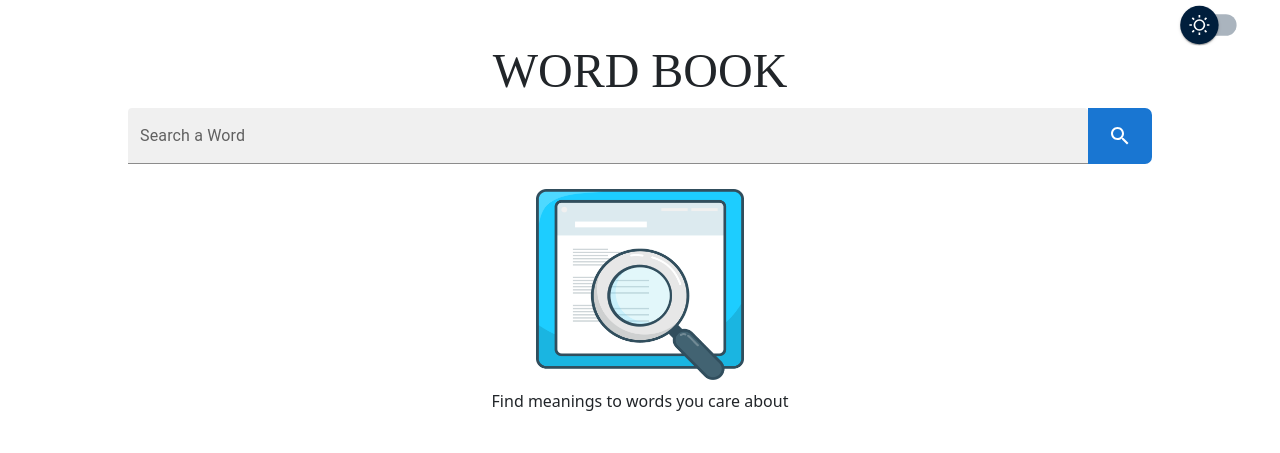
Repository: marveldev/my-dictionary
Page: /
The author's editor kept a copy of each file at every save. The page is drawn from the files as they stood at one save, then again after the next save.
The browser window is 1280 px wide. The pictures show the whole page.
The project was rebuilt for these pictures with package versions that can differ from the ones it lists, and the page was loaded fresh each time. Also part of the build but not shown: src/components/themeSwitcher/MUISwitch.jsx.

Above is the page before, as saved 2022-05-22 16:51:15.

### public/index.html
<!DOCTYPE html>
<html lang="en">
  <head>
    <meta charset="utf-8" />
    <meta name="viewport" content="width=device-width, initial-scale=1" />
    <meta name="theme-color" content="#000000" />
    <meta
      name="description"
      content="Web site created using create-react-app"
    />
    <link href="https://cdn.jsdelivr.net/npm/bootstrap@5.1.3/dist/css/bootstrap.min.css" rel="stylesheet"
          integrity="sha384-1BmE4kWBq78iYhFldvKuhfTAU6auU8tT94WrHftjDbrCEXSU1oBoqyl2QvZ6jIW3" crossorigin="anonymous"
    />
    <link rel="apple-touch-icon" href="./icon-192x192.png" />
    <link rel="icon" href="./icon-192x192.png" />
    <link rel="manifest" href="./manifest.json" />
    <title>My Dictionary</title>
  </head>
  <body>
    <noscript>You need to enable JavaScript to run this app.</noscript>
    <div id="root"></div>
  </body>
</html>

### src/index.js
import React from 'react'
import ReactDOM from 'react-dom'
import App from './App'
import swDev from './swDev'
import './index.css'

ReactDOM.render(
  <React.StrictMode>
    <App />
  </React.StrictMode>,
  document.getElementById('root')
)
swDev()

### src/App.js
import { useState } from 'react'
import { createTheme } from '@mui/material'
import { Form, Output, ThemeSwitcher } from './components'

const App = () => {
  const [definitions, setDefinitions] = useState([])
  const [appMode, setAppMode] = useState('online')
  const [isLoading, setIsLoading] = useState(null)

  const storedTheme = localStorage.getItem('theme') || 'light'
  const [theme, setTheme] = useState(storedTheme)

  const themePalette = createTheme({
    palette: {
      mode: theme,
    },
  })

  return (
    <div className={`${theme} app`}>
      <div className="top-column top-0 w-100 pb-4">
        <ThemeSwitcher setTheme={setTheme} theme={theme} themePalette={themePalette} />
        <h1 className="text-center">{definitions?.word || 'WORD BOOK'}</h1>
        <Form
          setDefinitions={setDefinitions}
          themePalette={themePalette}
          setAppMode={setAppMode}
          setIsLoading={setIsLoading}
        />
      </div>

      <Output definitions={definitions} appMode={appMode} isLoading={isLoading} />
    </div>
  )
}

export default App

### src/swDev.js
export default function swDev() {
  let swUrl = `${process.env.PUBLIC_URL}/sw.js`
  navigator.serviceWorker.register(swUrl).then(response => {
    console.warn("response", response)
  })
}

### src/index.css
body {
  margin: 0;
}

.app {
  position: absolute;
  width: 100%;
  height: 100%;
  transition: all 0.5s linear 0s;
}

.top-column {
  position: fixed;
  background: #fff;
  z-index: 1;
  transition: all 0.5s linear 0s;
}

h1 {
  font-size: 3em;
  font-family: 'Montserrat light', serif;
}

.form {
  width: 80%;
}

#searchButton {
  border-radius: 0 0.5em 0.5em 0;
  box-shadow: none;
}

.output {
  margin: 11.3em auto 0;
  padding-bottom: 1em;
}

.search-illustration {
  width: 13em;
  height: 13em;
  object-fit: contain;
}

.definition-header {
  padding: 1em 2em;
  font-family: 'Montserrat Medium', serif;
}

.volume-icon {
  transform: scale(1.8);
  color: #000;
}

.definitions-wrapper {
  width: 80%;
  background: #f0f0f0;
}

.definition {
  background: #3b5360;
}

button:active {
  transform: translateY(0.2em);
}

.dark {
  background: #282c34;
  color: #fff;
  height: auto;
}

.dark #searchButton {
  background: #1174ff;
  color: #fff;
}

.dark .top-column {
  background: #282c34;
}

.dark .definitions-wrapper {
  background: #3b3f46;
}

.dark .definition {
  background: #355c6c;
}

.dark .volume-icon {
  color: #fff;
}

@media screen and (max-width: 628px) {
  .form {
    width: 95%;
  }

  .definition-header {
    padding: 0.5em 0;
  }

  .definitions-wrapper {
    width: 95%;
    padding: 0 1.2em;
  }
}

### src/components/index.js
export { default as Form } from './form/Form'
export { default as Output } from './output/Output'
export { default as ThemeSwitcher } from './themeSwitcher/ThemeSwitcher'

### src/components/form/Form.jsx
import { useState } from 'react'
import debounce from 'lodash.debounce'
import wordList from 'word-list-json'
import { TextField, ThemeProvider, Autocomplete, Button } from '@mui/material'
import SearchIcon from '@mui/icons-material/Search'

const Form = ({ setDefinitions, themePalette, setIsLoading, setAppMode }) => {
  const [filteredWords, setFilteredWords] = useState([])
  const [word, setWord] = useState('')

  const url = `https://api.dictionaryapi.dev/api/v2/entries/en/${word}`

  const doWordFilter = debounce(value => {
    if(value.trim().length >= 1) {
      const wordFilter = wordList?.filter(word => word.startsWith(value.toLowerCase())).slice(0, 30)
      setFilteredWords(wordFilter)
    } else {
      setFilteredWords([])
      setWord('')
      setDefinitions([])
    }
  }, 300)

  const fetchDefinition = async event => {
    event?.preventDefault()
    if (word.trim().length >= 1) {
      setIsLoading(true)

      try {
        const response = await fetch(url)
        const data = await response.json()
        if (data) {
          setIsLoading(null)
          setDefinitions(data[0])
          setAppMode('online')
        }
      } catch (error) {
        setAppMode('offline')
        setDefinitions([])
      }
    }
  }

  return (
    <ThemeProvider theme={themePalette}>
      <>
        <Autocomplete
          freeSolo
          disableClearable
          options={filteredWords.map(word => word)}
          onChange={(event, value) =>
            setWord(value)
          }
          renderInput={params =>
            <form
              className="form d-flex m-auto"
              onSubmit={event => fetchDefinition(event)}
            >
              <TextField
                {...params}
                variant="filled"
                label="Search a Word"
                onChange={event => doWordFilter(event.target.value)}
              />
              <Button type="submit" variant="contained" id="searchButton">
                <SearchIcon />
              </Button>
            </form>
          }
        />
      </>
    </ThemeProvider>
  )
}

export default Form

### src/components/output/Output.jsx
import { IconButton } from '@mui/material'
import VolumeUpIcon from '@mui/icons-material/VolumeUp'
import { searchIllustration, loader } from '../assets'

const Output = ({ definitions, isLoading, appMode }) => {
  const playWord = (url) => {
    const audio = new Audio(url)
    audio?.play()
  }

  return (
    <div className="output">
      {isLoading && appMode === 'online' && (
        <div className="text-center">
          <img src={loader} alt="loading" />
        </div>
      )}

      {!isLoading && (
        <>
          {!definitions && (
            <div className="text-center fs-4">😞 we couldn't find definitions for the word you are looking for.</div>
          )}

          {definitions?.length <= 0 && (
            <div className="text-center">
              <img src={searchIllustration} className="search-illustration" alt="search illustration" />
              <p>Find meanings to words you care about</p>
            </div>
          )}

          {definitions?.meanings && (
            <div className="definitions-wrapper m-auto pb-4 rounded">
              <div className="definition-header d-flex align-items-center gap-3">
                {definitions.phonetics[0]?.audio && (
                  <IconButton onClick={() => playWord(definitions.phonetics[0]?.audio)}>
                    <VolumeUpIcon className="volume-icon" />
                  </IconButton>
                )}
                <div>
                  <p className="m-0 fs-5">{definitions?.word}</p>
                  {definitions?.phonetic && <p className="m-0">{definitions?.phonetic}</p>}
                </div>
              </div>
              <ul className="mx-lg-5 ps-0">
                {definitions?.meanings.map((meaning, index) => (
                  <li key={index}>
                    <p>"partOfSpeech": {meaning.partOfSpeech}</p>
                    {meaning.definitions?.map((data, index) => (
                      <div key={index} className="definition text-white rounded p-2 mb-3">
                        <p className="fw-bold">{data.definition}</p>
                        <p>
                          <span className="me-2 fw-bold">Example:</span>
                          {data.example}
                        </p>
                        <p className="mb-0">
                          <span className="me-2 fw-bold">Synonyms:</span>
                          {data.synonyms.join(', ')}
                        </p>
                      </div>
                    ))}
                  </li>
                ))}
              </ul>
            </div>
          )}
        </>
      )}

      {appMode === 'offline' && (
        <div className="text-center fs-4">😞 you are in offline mode or some issue with connection.</div>
      )}
    </div>
  )
}

export default Output

### src/components/themeSwitcher/ThemeSwitcher.jsx
import { FormControlLabel } from '@mui/material'
import { MaterialUISwitch } from './MUISwitch'

const ThemeSwitcher = ({ theme, setTheme, themePalette }) => {
  const switchTheme = () => {
    const currentTheme = theme === 'dark' ? 'light' : 'dark'
    setTheme(currentTheme)
    localStorage.setItem('theme', currentTheme)
  }

  return (
    <div className="text-end mx-lg-4 mt-2">
      <FormControlLabel
        label=""
        control={
          <MaterialUISwitch
            theme={themePalette}
            onChange={switchTheme}
            checked={theme === 'dark' && true}
            aria-label="switch theme"
          />
        }
      />
    </div>
  )
}

export default ThemeSwitcher

### src/components/assets/index.js
export { default as searchIllustration } from './searchIllustration.png'
export { default as loader } from './loader.svg'

After the next save:
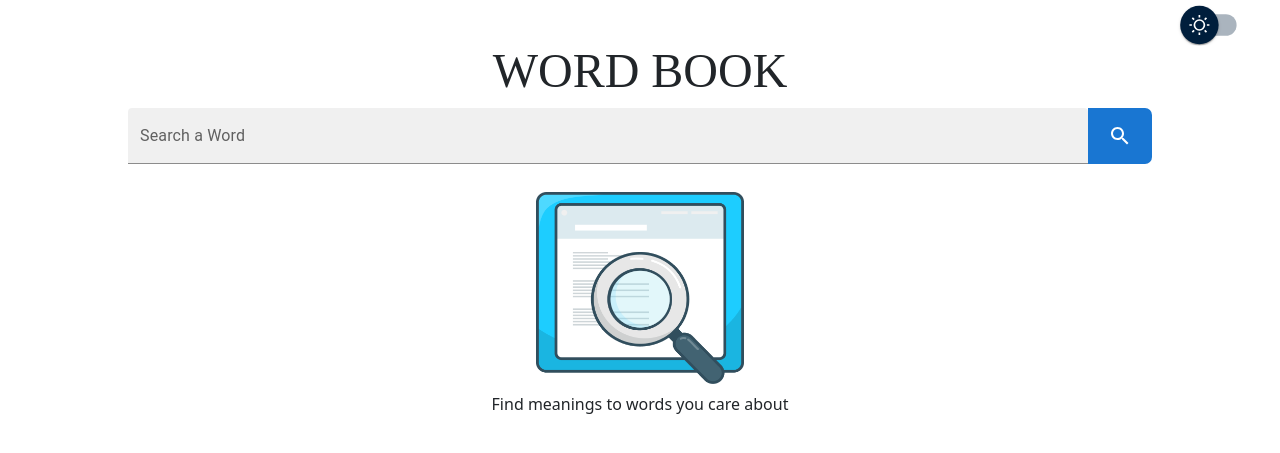
Saved 18 s later.
--- a/src/index.css
+++ b/src/index.css
@@ -31,7 +31,7 @@
 }
 
 .output {
-  margin: 11.3em auto 0;
+  margin: 11.5em auto 0;
   padding-bottom: 1em;
 }
 

After the save that followed:
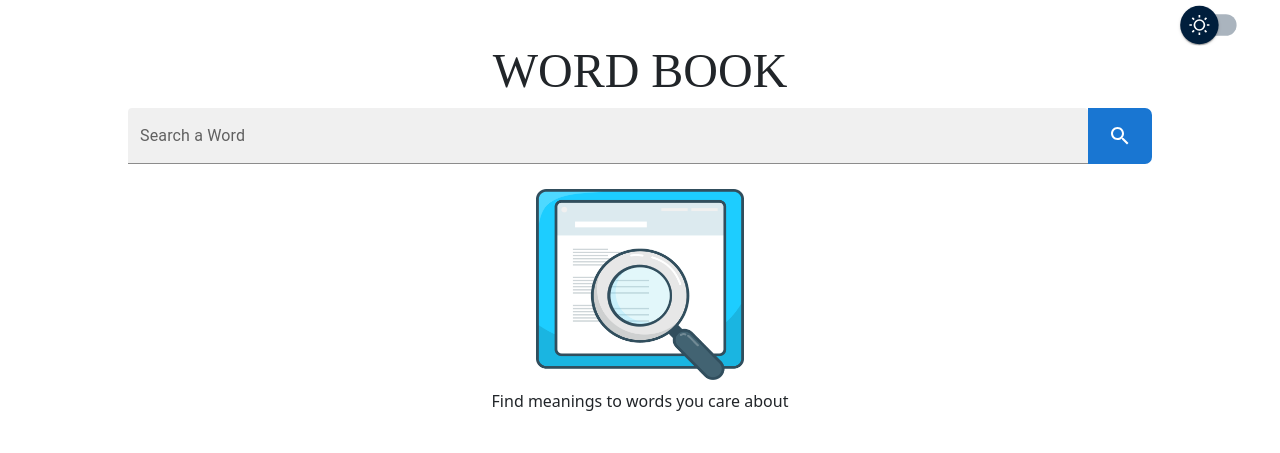
Saved 15 s later.
--- a/src/index.css
+++ b/src/index.css
@@ -31,7 +31,7 @@
 }
 
 .output {
-  margin: 11.5em auto 0;
+  margin: 11.3em auto 0;
   padding-bottom: 1em;
 }
 
